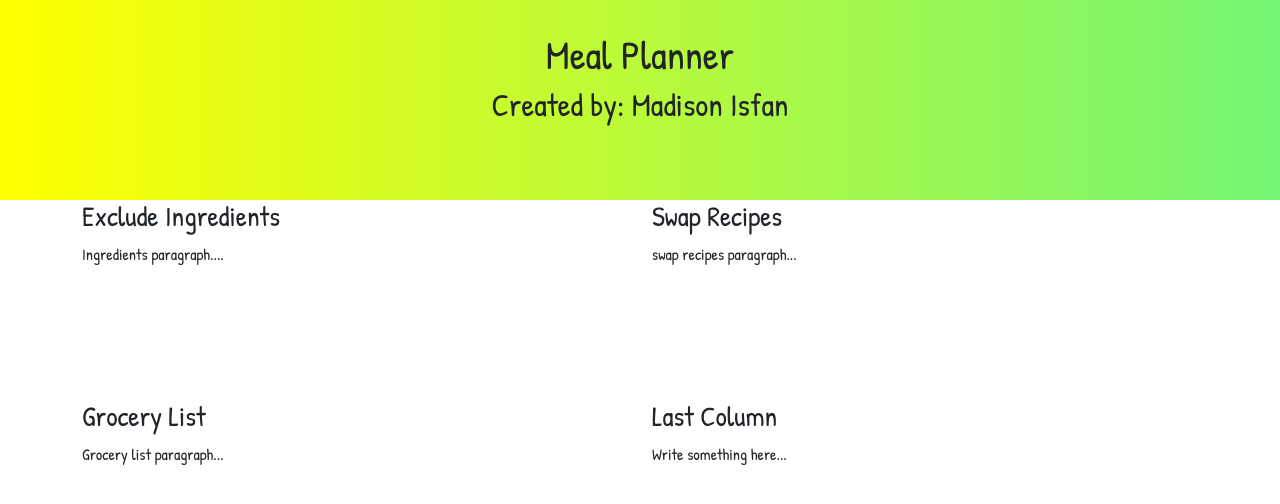
Repository: madisonisfan/Meal-Planner
Page: index.html
An editor plug-in stored every save of this project. The page is shown before and after the next save, followed by the edit.
The browser window is 1280 px wide. The pictures show the whole page.
Some web libraries are served in a nearby version.

Above is the page before, as saved 2021-02-17 16:52:53.

After the next save:
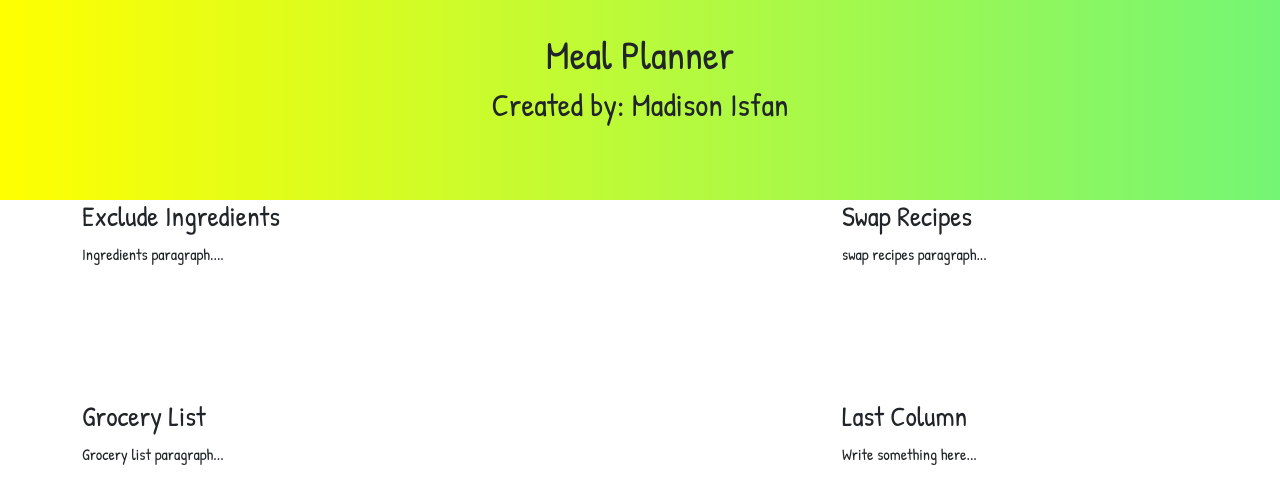
Saved 95 s later.
--- a/index.html
+++ b/index.html
@@ -27,22 +27,22 @@
 
     <div class="container ">
         <div class="row row-content justify-content-between">
-            <div class="col">
+            <div class="col-4">
                 <h3>Exclude Ingredients</h3>
                 <p>Ingredients paragraph....</p>
             </div>
-            <div class="col">
+            <div class="col-4">
                 <h3>Swap Recipes</h3>
                 <p>swap recipes paragraph...</p>
             </div>
         </div>
 
         <div class="row row-content justify-content-between">
-            <div class="col">
+            <div class="col-4">
                 <h3>Grocery List</h3>
                 <p>Grocery list paragraph...</p>
             </div>
-            <div class="col">
+            <div class="col-4">
                 <h3>Last Column</h3>
                 <p>Write something here...</p>
             </div>
